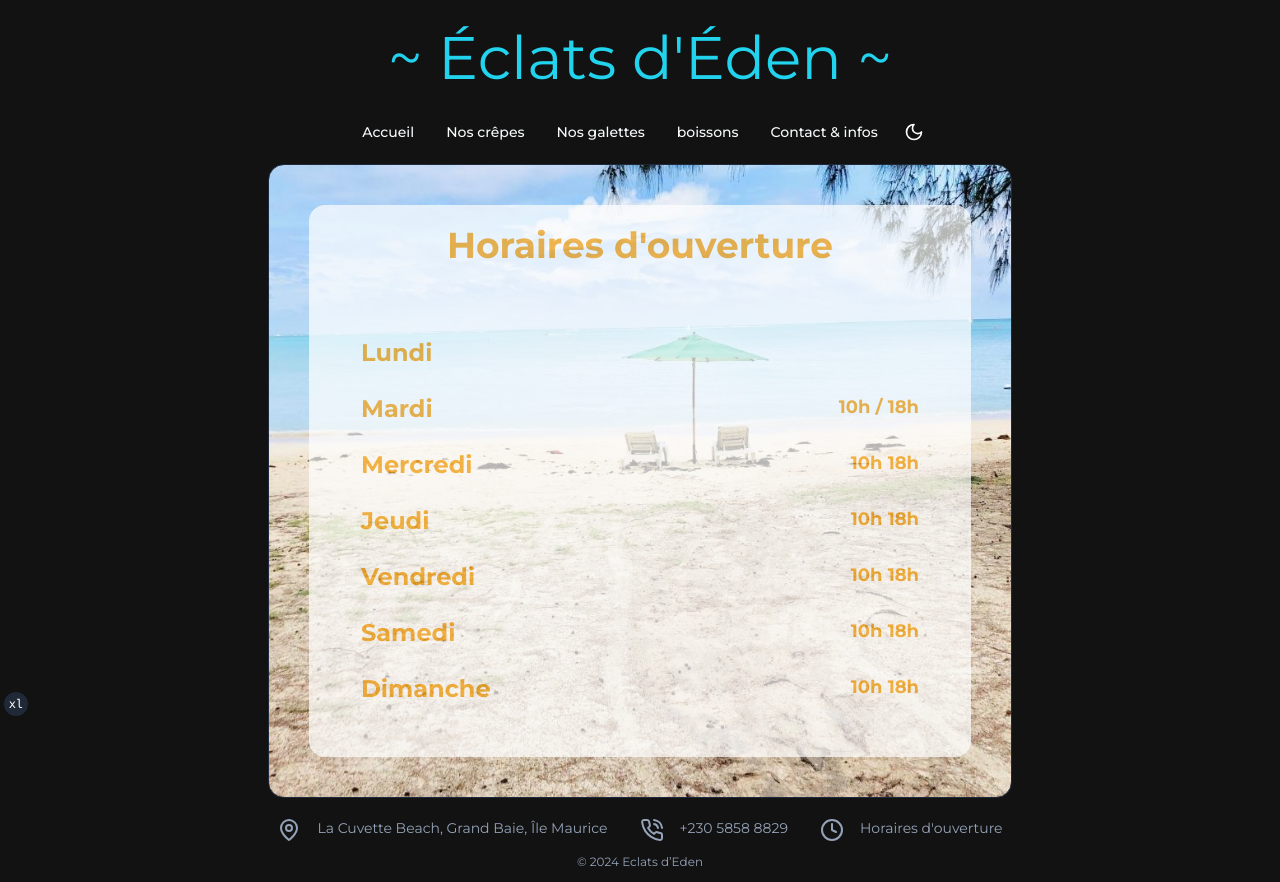
Repository: jeffMauritius/eclats-deden
Page: /schedule
An editor plug-in stored every save of this project. The page is shown before and after the next save, followed by the edit.
The browser window is 1280 px wide. The pictures show the whole page.
The project was rebuilt for these pictures with package versions that can differ from the ones it lists, and the page was loaded fresh each time. The framework's server and built-in components were replaced by stand-ins that run in the browser. Also part of the build but not shown: next.config.mjs.

Above is the page before, as saved 2024-09-22 21:40:37.

After the next save:
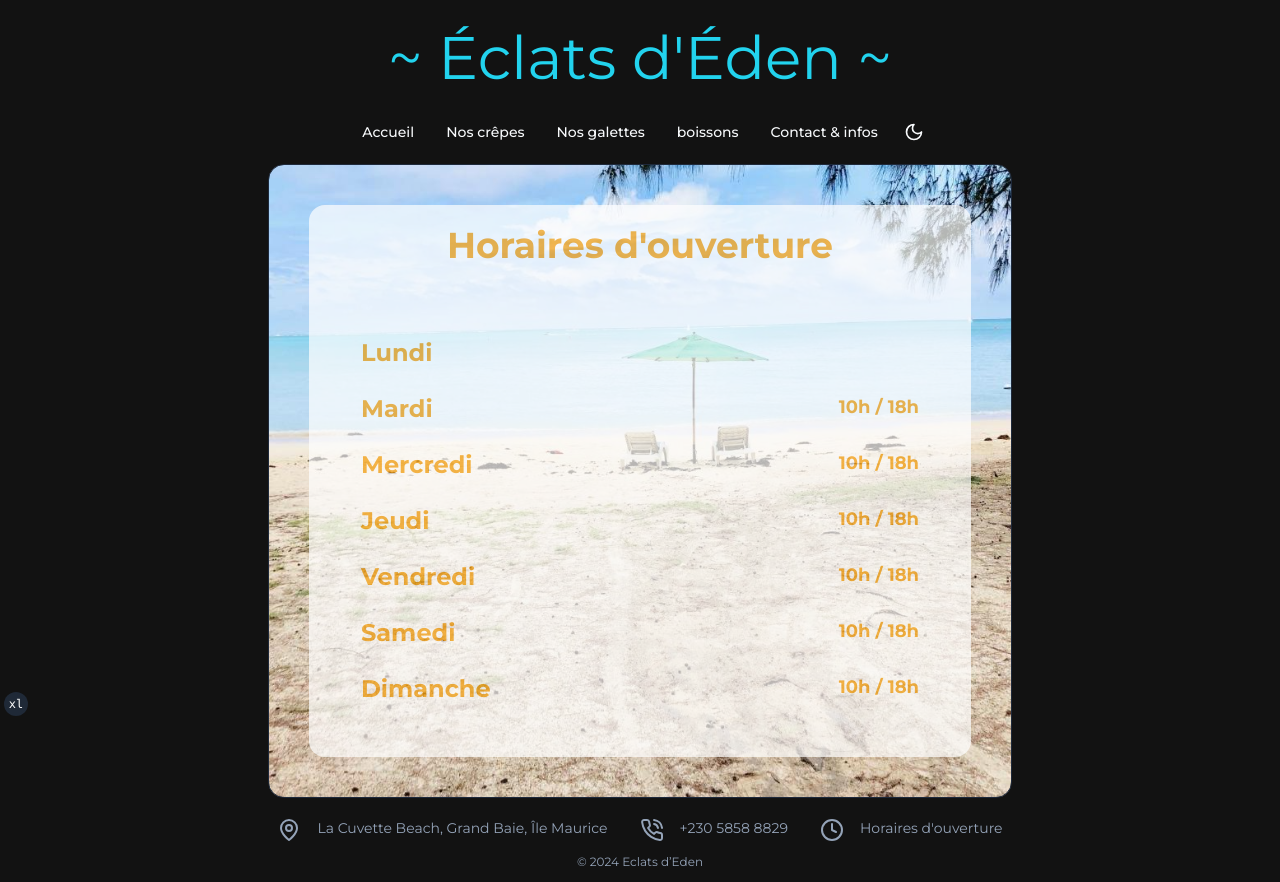
Saved 25 s later.
--- a/src/components/data.js
+++ b/src/components/data.js
@@ -14,31 +14,31 @@ export const ScheduleData = [
     {
         id: 3,
         day: "Mercredi",
-        start: "10h",
+        start: "10h / ",
         end: "18h",
     },
     {
         id: 4,
         day: "Jeudi",
-        start: "10h",
+        start: "10h / ",
         end: "18h",
     },
     {
         id: 5,
         day: "Vendredi",
-        start: "10h",
+        start: "10h / ",
         end: "18h",
     },
     {
         id: 6,
         day: "Samedi",
-        start: "10h",
+        start: "10h / ",
         end: "18h",
     },
     {
         id: 7,
         day: "Dimanche",
-        start: "10h",
+        start: "10h / ",
         end: "18h",
     },
     ];
